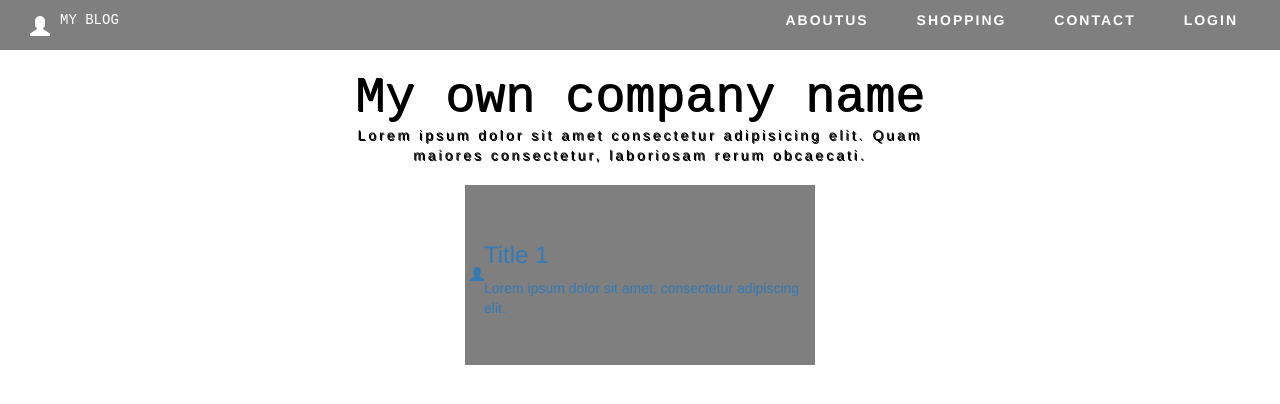
Repository: alikahwaji/HTML-CSS
Page: index.html
These files come from the project's save history. The page is drawn as it stood at one moment and after the next save; the edit follows.
The browser window is 1280 px wide. The pictures show the whole page.
The pointer rests on the first visible `.box`.

Above is the page before, as saved 2019-10-07 15:08:26.

After the next save:
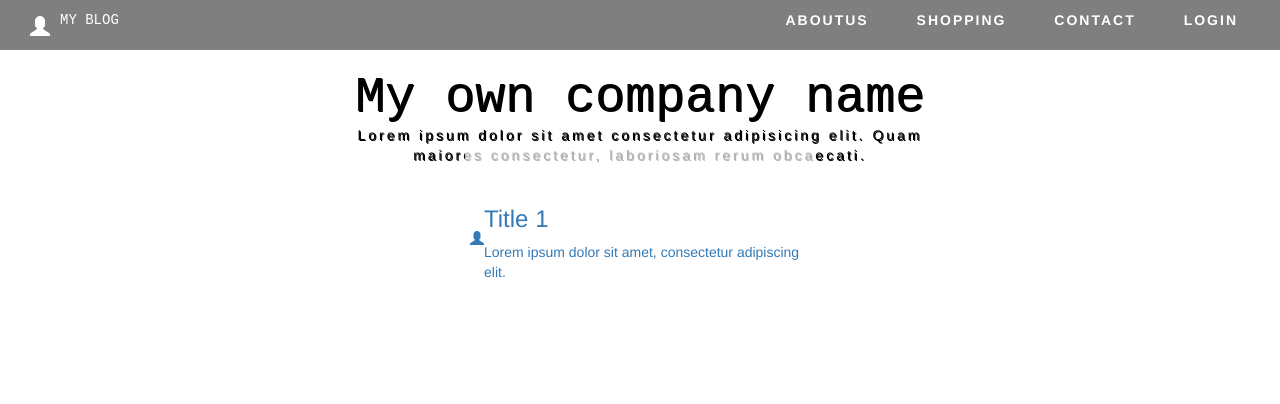
Saved 12 min 56 s later.
--- a/style.css
+++ b/style.css
@@ -84,3 +84,9 @@ nav li a:hover{
   min-height: 180px;
   transition: all 250ms ease-out;
 }
+
+.box:hover {
+  background: rgba(255, 255, 255, .7);
+  transform: translateY(-20%)
+
+}
